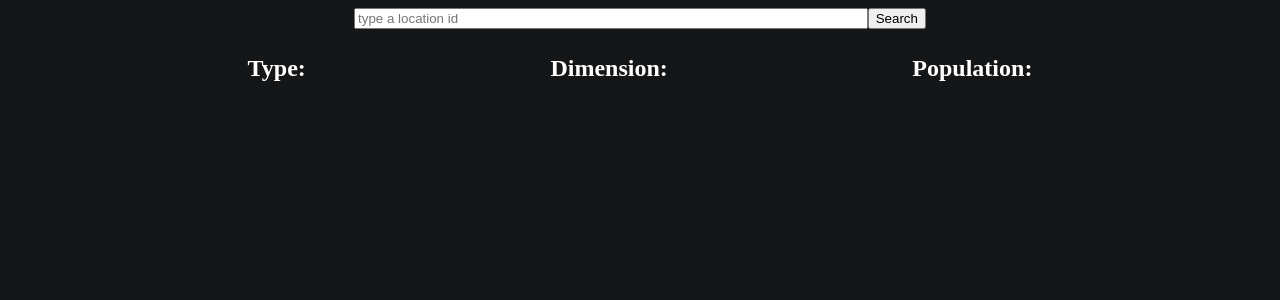
Repository: RobertAries28/ApiRickyMortin
Page: /
These files come from the project's save history. The page is drawn as it stood at one moment and after the next save; the edit follows.
The browser window is 1280 px wide. The pictures show the whole page.
The page's requests for data from a server got no answer. The project was rebuilt for these pictures with package versions that can differ from the ones it lists, and the page was loaded fresh each time. No one was signed in, and anything a server would have sent is missing. Also part of the build but not shown: src/ResidentInfo.js.

Above is the page before, as saved 2022-04-29 09:50:38.

### src/index.css

body{
  background: #141618;
  color: white;
}

.information h1{
  font-weight: bold;
}

.information span{
  font-weight: 300;
}

.information_data{
  display: flex;
  justify-content: space-evenly;
}

.personaje{
  display: flex;
  justify-content: space-evenly;

  margin: 30px;
  background: #53575A;
  text-align: left;
}

.personaje img{
  flex-shrink: 0;
  flex-grow: 0;
}

.personaje .status span{
  font-size: 50px;
 color: red;
}

.personaje li{
 margin: 0px;
  font-size: 30px;
  font-weight: bolder;
}



.personaje h1,h2{
  margin: 5px;
}

.personaje span{

  font-size: 20px;

}

.personaje_information{
  display: flex;
  flex-direction: column;
  justify-content: space-evenly;
  margin: 0 10px;
  flex-shrink: 1;
  flex-grow: 0;
}

.personajeList{
  display: flex;
  flex-wrap: wrap;
  justify-content: space-evenly;
}

.searchBox{
  display: flex;
  justify-content: center;
}

.searchBox input{
  width: 40%;
  height: 40%;
}

### src/App.js

import './App.css';
import Locationinfo from './LocationInfo';

const App=() =>{
  return (
    <div className="App">
      <Locationinfo/>
    </div>
  );
}

export default App;

### src/LocationInfo.js
import axios from 'axios';
import React, { useEffect, useState } from 'react';
import './index.css';
import Residentslist from './ResidentsList';
import Searchbox from './SearchBox';

const Locationinfo = () => {
     const [information,setInformation]= useState({})
    useEffect(()=>{
        const random= Math.floor(Math.random()*126)+1;
        axios.get(`https://rickandmortyapi.com/api/location/${random}`)
         .then(res=> setInformation(res.data));

    },[])

    console.log(information)
    return (
        <div className='information'>
            <Searchbox setInformation={setInformation}/>
            <h1>{information.name}</h1>
            <div className='information_data'>
            <h2>Type: <span>{information.type}</span></h2>
            <h2>Dimension: <span>{information.dimension}</span></h2>
            <h2>Population: <span>{information.residents?.length}</span></h2>
            </div>
            <Residentslist urls={information?.residents}/>
        </div>
    );
}

export default Locationinfo;

### src/ResidentsList.js
import React from 'react';
import Residentinfo from './ResidentInfo';
import './index.css';

const Residentslist = ({urls}) => {
    return (
        <div className='personajeList'>
            {
                urls?.map(url=>(
                    <Residentinfo information={url} key={url}/>
                ))
            }
        </div>
    );
}

export default Residentslist;

### src/SearchBox.js
import axios from 'axios';
import React, { useState } from 'react';
import './index.css';

const Searchbox = ({setInformation}) => {
    const [ typeId, setTypeId]= useState("")

    const searchType=()=>{
    axios.get(`https://rickandmortyapi.com/api/location/${typeId}/`)
       .then(res=> setInformation(res.data))
    }

    return (
        <div className='searchBox'>
              <input
                type="text"
                onChange={e=> setTypeId(e.target.value)}
                value={typeId}
                placeholder="type a location id"
            />

            <button onClick={searchType}>
                Search
            </button>
        </div>
    );
}

export default Searchbox;

Loaded but not shown: public/index.html (common file); src/index.js (common file); src/App.css (common file)

After the next save:
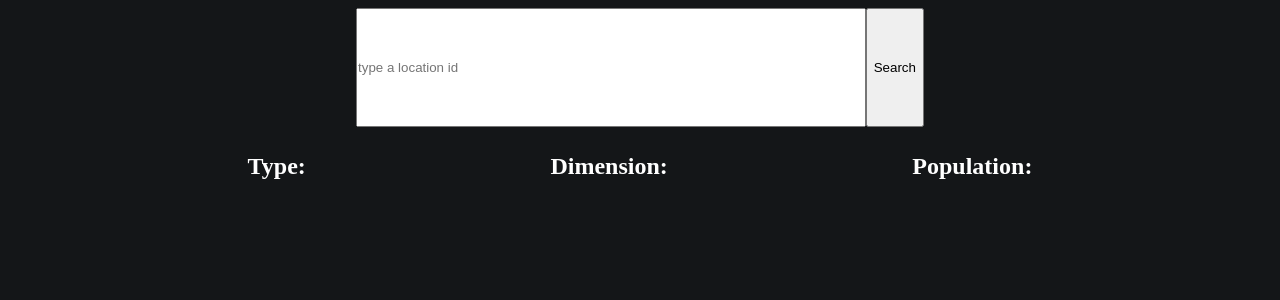
Saved 35 s later.
--- a/src/index.css
+++ b/src/index.css
@@ -76,5 +76,5 @@ body{
 
 .searchBox input{
   width: 40%;
-  height: 40%;
+  padding: 50px 0;
 }
